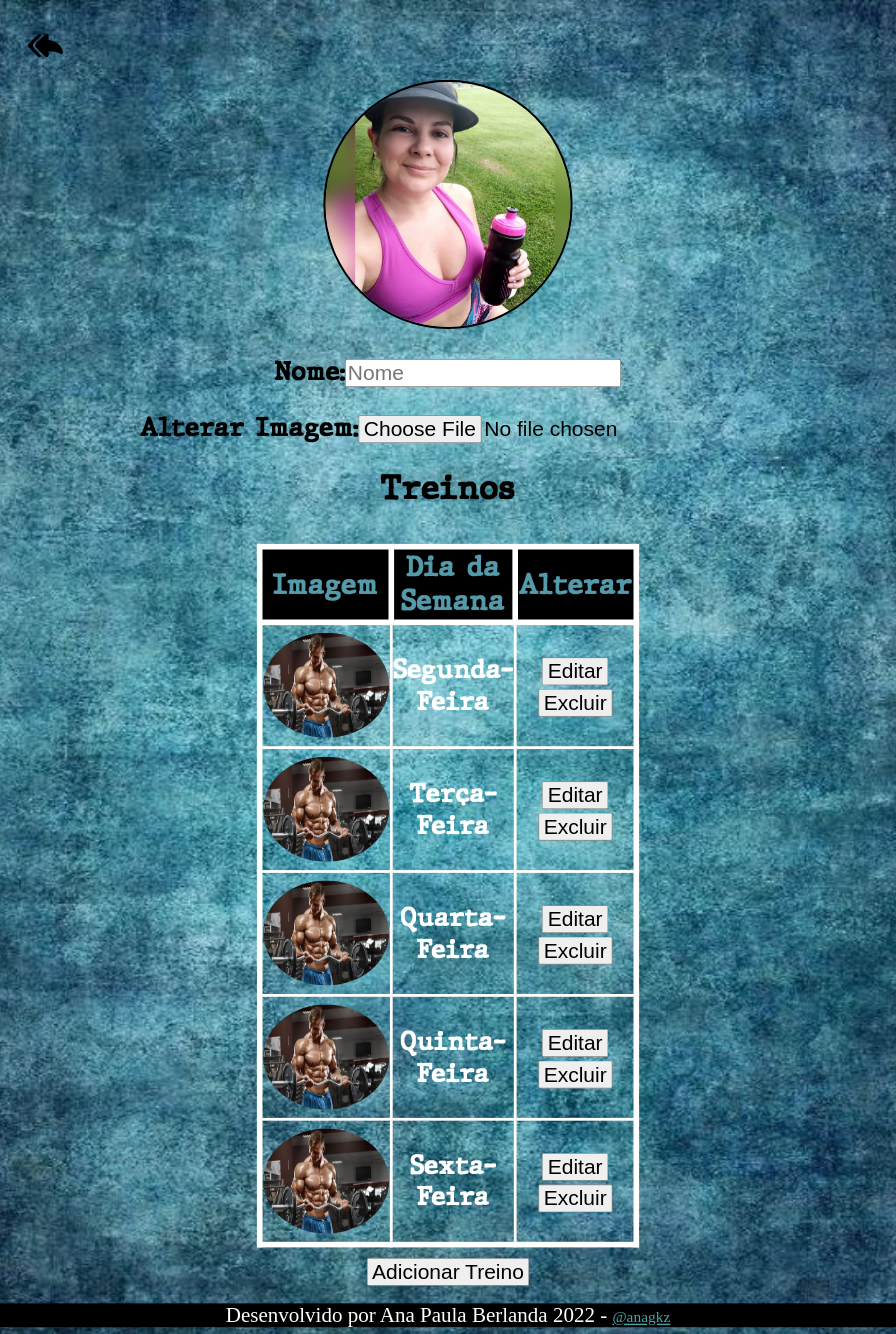
Repository: AnaBerlanda/AppAcademia
Page: config.html
The author's editor kept a copy of each file at every save. The page is drawn from the files as they stood at one save, then again after the next save.
The browser window is 1280 px wide. The pictures show the whole page, at 70% of full size.

Above is the page before, as saved 2022-02-14 17:04:03.

### config.html
<!DOCTYPE html>
<html lang="pt-br">

<head>
    <meta charset="utf-8" />
    <title>App Academia</title>
    <style>
    body{
        text-align: center;
        height: 100%;
        margin: 0;
        background-image: url("img/suor.jpg");
        background-position: center;
        background-size: cover;
        background-repeat:;
    }
    #redonda{
        width: 350px;
        height: 350px;
        border-radius: 50%;
        border: 3px solid black;
    }
    @font-face{
        font-family: 'JMH';
        src: url('font/JMH.ttf') format('opentype');
    }
    .link-semana .diadasemana{
        font-family: 'JMH';
        font-size: 40px;
        border-radius: 20%;
    }

    .link-semana {
        margin-top: 120px;
        display: block;
        text-decoration: none;
        color: rgb(255, 255, 255);
        background-color: rgba(255,255,255,0.3);
    }
    .link-semana img {
        width: 150px;
        height: 150px;

    }
    .link-da-ana {
        background-color: rgba(143, 61, 190, .6);
        border-radius: 50%;
        width: 140px;
        height: 140px;
        padding: 30px;
    }
    .link-da-ana:hover {
        background-color: rgba(143, 61, 190, 1);
    }
    h1 {
        font-size: 45px;
        font-family: 'JMH';
        color: black;
    }
    .rodape {
        background-color: black;
        color:white;
        border: px black;
        font-size: 30px;
        margin-top: 25px;
        margin-bottom: 10px;
    }
    .rodape a{
        font-family: 'Aft';
        color: #45a6ad;
        font-size: 22px;
    }
        table {
            border-collapse: collapse;
            border: 8px solid white;
            width: 40%;
            margin: 15px auto;
            margin-top: 50px;
        }
        table th{
            color: #549aaa;
            font-size: 38px;
            background-color:black;
            font-family: 'JMH';
            border: 8px solid white;
        }
        table td {
            text-align: center;
            border: 4px solid white;
            color:white;
            font-size: 35px;
            font-family: 'JMH';
            height: 50px;
        }
        .tabela{
            text-align: center;
            border-top: 50%;
        }
        td img{
            width: 180px;
            height: 150px;
            margin-top: 10px;
            border-radius: 50%;
        }
        .seta img{
            width: 50px;
            height: 50px;
            text-align: left;
        }
        .seta{
            text-align: left;
            margin: 40px 48px 20px 40px
        }
        p{
            font-size: 35px;
        font-family: 'JMH';
        color: black;
        }
        input{
            font-size: 30px;
        }
    </style>
</head>
<body>
    <div class="seta">
        <a href="index2.html">
        <img src="img/seta.png"> </a>
    </div>
    <img id="redonda" src="img/ber.jpg" alt="Foto da Ana">
    <form>
        <p>Nome:<input type="Nome" placeholder="Nome"></p>
        <p>Alterar Imagem:<input type="file">
    </form>
    <h1>Treinos</h1>
    <table class="tabela">
        <tr>
            <th>Imagem</th>
            <th>Dia da Semana</th>
            <th>Alterar</th>
        </tr>
        <tr>
            <td> <img src="img/musc.jpg"></td>
            <td>Segunda-Feira</td>
            <td><a class="editar" href="editartreino.html">
                <input type="submit" name="Editar" value="Editar"></a>
                <input type="submit" name="Excluir" value="Excluir">
            </td>
        </tr>
        <tr>
            <td> <img src="img/musc.jpg"></td>
            <td>Terça-Feira</td>
            <td><a class="editar" href="editartreino.html">
                <input type="submit" name="Editar" value="Editar"></a>
                <input type="submit" name="Excluir" value="Excluir">
            </td>
        </tr>
        <tr>
            <td> <img src="img/musc.jpg"></td>
            <td>Quarta-Feira</td>
            <td><a class="editar" href="editartreino.html">
                <input type="submit" name="Editar" value="Editar"></a>
                <input type="submit" name="Excluir" value="Excluir">
            </td>
        </tr>
        <tr>
            <td> <img src="img/musc.jpg"></td>
            <td>Quinta-Feira</td>
            <td><a class="editar" href="editartreino.html">
                <input type="submit" name="Editar" value="Editar"></a>
                <input type="submit" name="Excluir" value="Excluir">
            </td>
        </tr>
        <tr>
            <td> <img src="img/musc.jpg"></td>
            <td>Sexta-Feira</td>
            <td><a class="editar" href="editartreino.html">
                <input type="submit" name="Editar" value="Editar"></a>
                <input type="submit" name="Excluir" value="Excluir">
            </td>
        </tr>
        </table>
        <a class="editar" href="editartreino.html">
        <input type="submit" name="Adicionar Treino" value="Adicionar Treino"></a>
        <footer class="rodape"> Desenvolvido por Ana Paula Berlanda 2022 - <a href="https://www.instagram.com/anagkz/" target="_blank">@anagkz</a>
        </footer>
    </body>
    </html>






























</body>
</html>

After the next save:
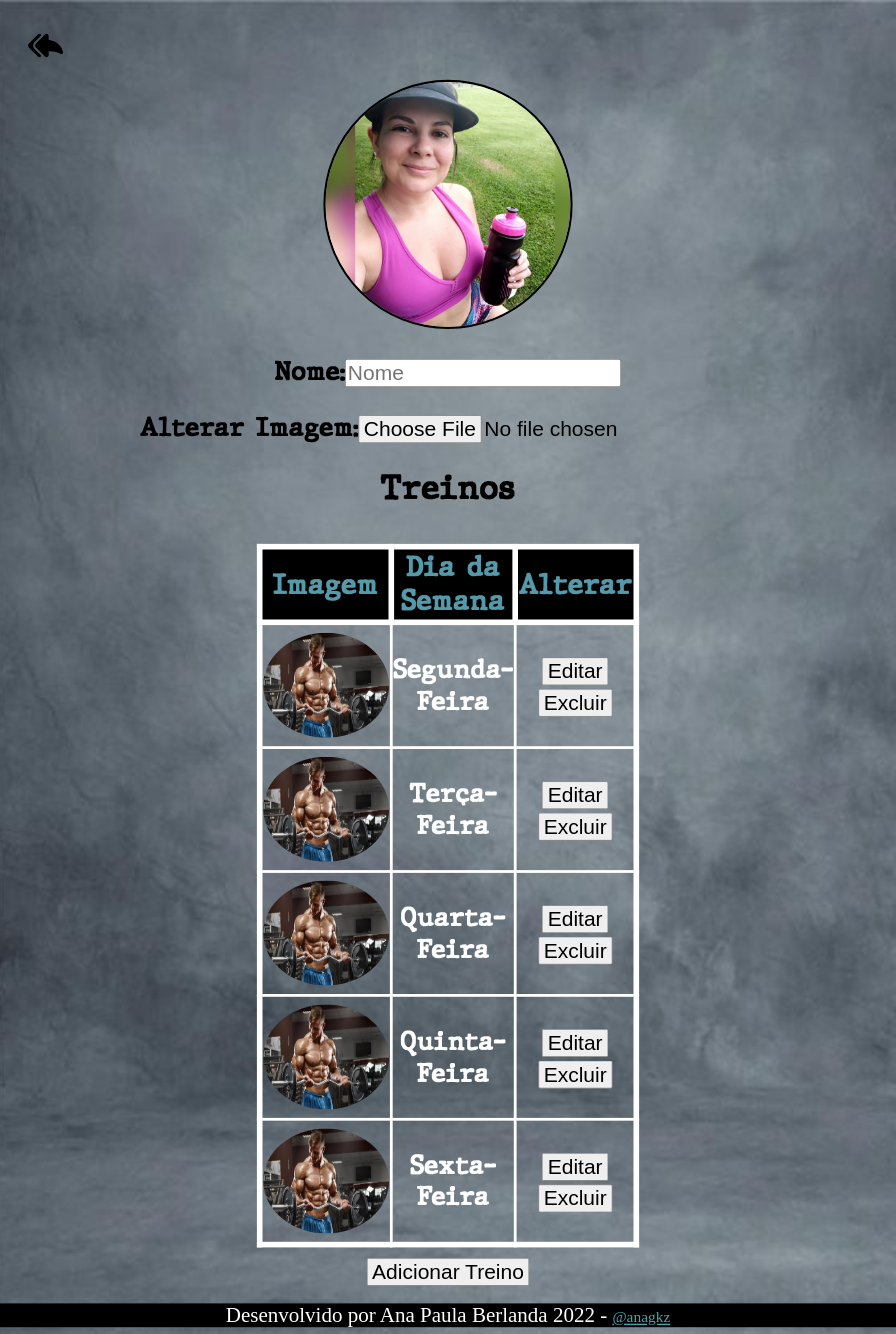
Saved 55 s later.
--- a/config.html
+++ b/config.html
@@ -9,7 +9,7 @@
         text-align: center;
         height: 100%;
         margin: 0;
-        background-image: url("img/suor.jpg");
+        background-image: url("img/ff1.jpg");
         background-position: center;
         background-size: cover;
         background-repeat:;

After the save that followed:
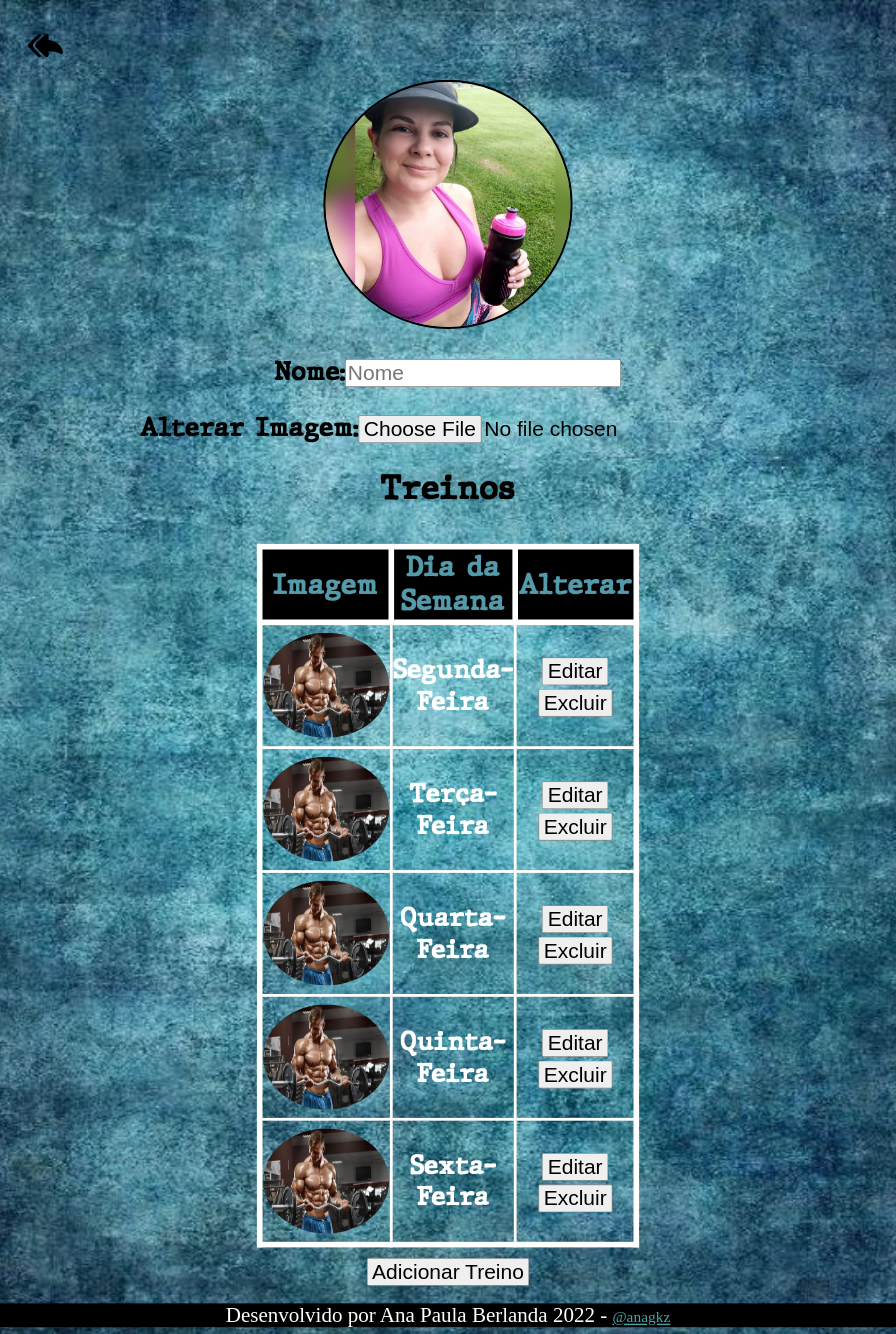
Saved 13 s later.
--- a/config.html
+++ b/config.html
@@ -9,7 +9,7 @@
         text-align: center;
         height: 100%;
         margin: 0;
-        background-image: url("img/ff1.jpg");
+        background-image: url("img/suor.jpg");
         background-position: center;
         background-size: cover;
         background-repeat:;
